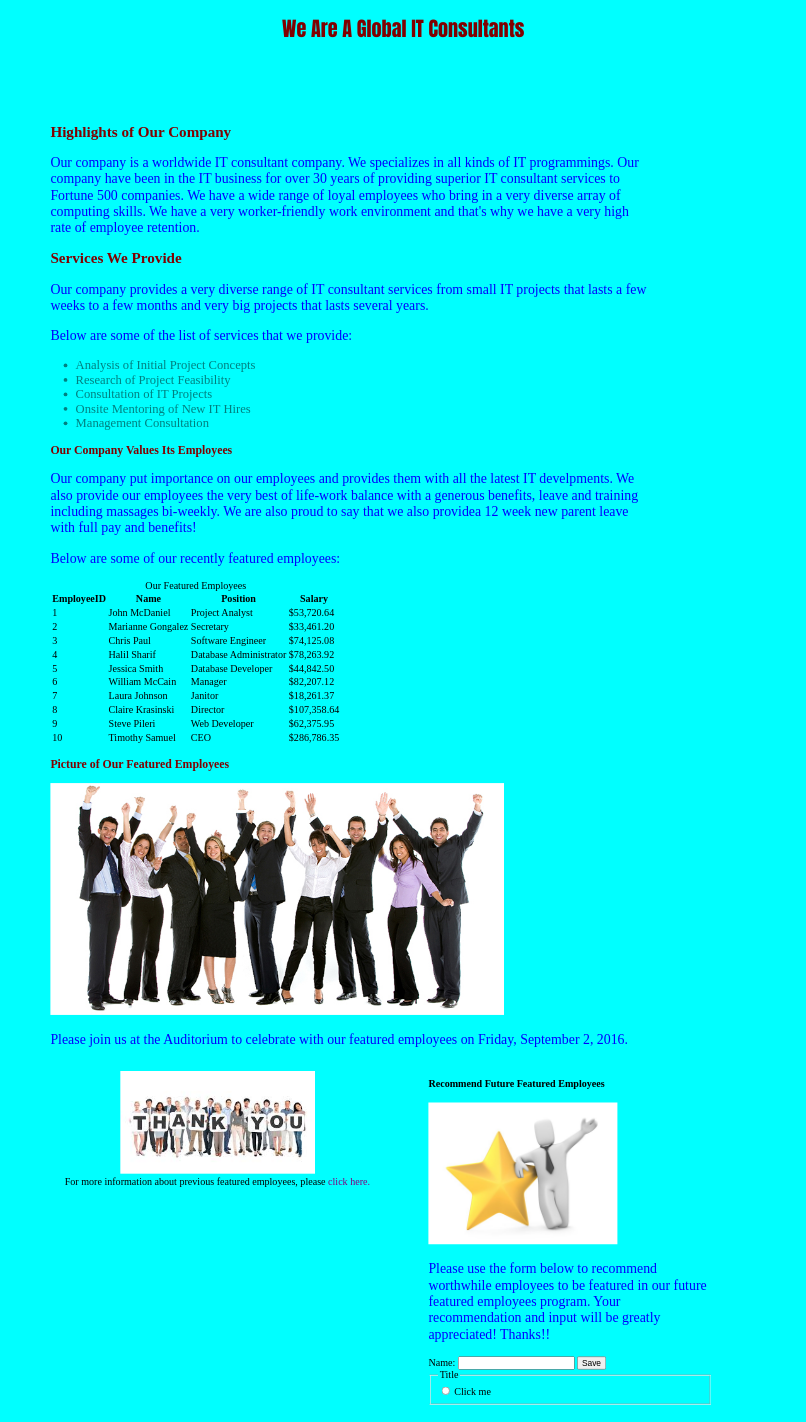
Repository: myjavaweb2/Week5JDBCAssignments
Page: myweek4project/src/main/webapp/index.html
An editor plug-in stored every save of this project. The page is shown before and after the next save, followed by the edit.
The browser window is 1280 px wide. The pictures show the whole page, at 63% of full size.

Above is the page before, as saved 2016-08-26 18:33:17.

After the next save:
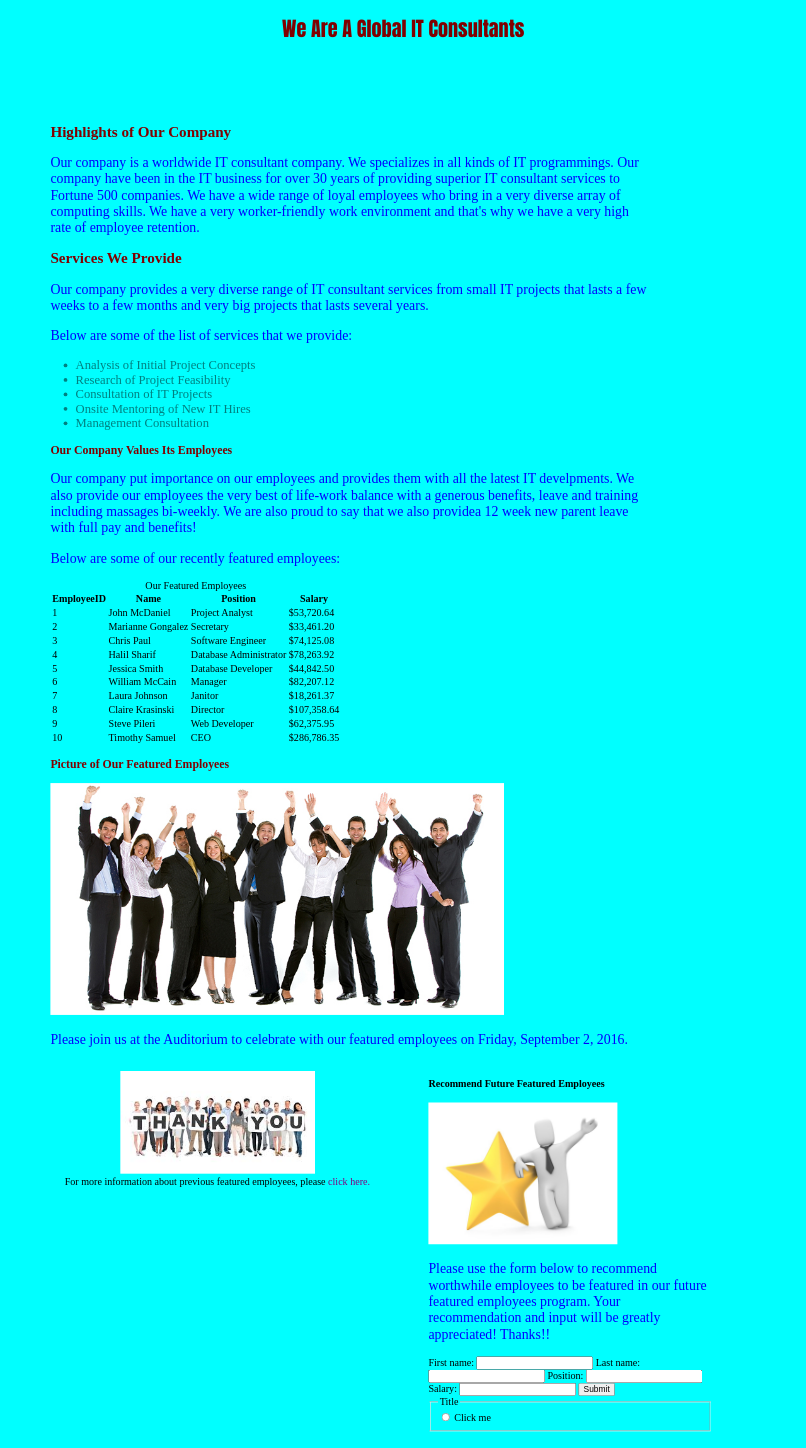
Saved 4 min 3 s later.
--- a/myweek4project/src/main/webapp/index.html
+++ b/myweek4project/src/main/webapp/index.html
@@ -140,9 +140,17 @@ in our future featured employees program. Your recommendation and input will
 be greatly appreciated! Thanks!!</p>
 
 <form action="" method="post">
-  <label for="POST-name">Name:</label>
-  <input id="POST-name" type="text">
-  <input type="submit" value="Save">
+  <label for="POST-firstName">First name:</label>
+  <input id="POST-firstName" type="text">
+  <label for="POST-lastName">Last name:</label>
+  <input id="POST-lastName" type="text">
+  <label for="POST-position">Position:</label>
+  <input id="POST-position" type="text">
+  <label for="POST-salary">Salary:</label>
+  <input id="POST-salary" type="text">
+
+
+  <input type="submit" value="Submit">
 </form>
 
 <!-- Form with fieldset, legend, and label -->
